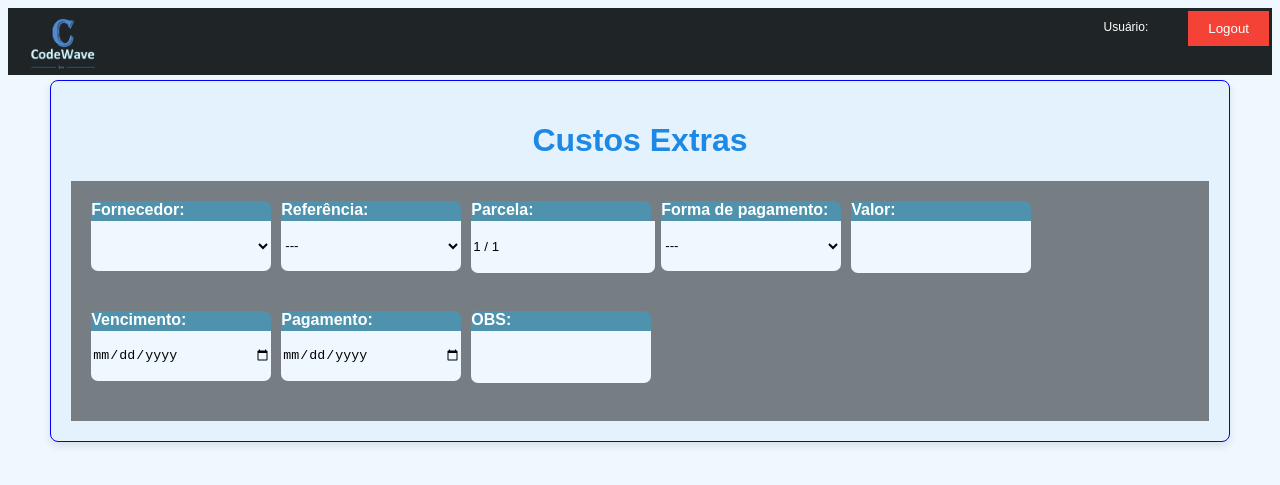
Repository: Romario-Brandao/CodeWave
Page: myproject/loja/templates/outras_despesas.html
These files come from the project's save history. The page is drawn as it stood at one moment and after a run of saves; the edit follows.
The browser window is 1280 px wide. The pictures show the whole page.
The template is drawn by Django 5.2. The application's start-up code is not run. Other server files are loaded and not shown. The template is opened directly, without the code that normally fills it, so the values that code supplies are empty.

Above is the page before, as saved 2025-03-01 01:21:01.

### myproject/loja/templates/outras_despesas.html
{% extends 'base.html' %} {% load static %} {% block body %}

<div class="form_fornecedor" style="width: 90%;">
  <h1>Custos Extras</h1>
  <div class="div_pai_custos_extras">
    <div style="display: flex;">
      <div class="caixas_barra_pesquisa_total">
        <h4 class="nome_caixa_item_parcelas">Fornecedor:</h4>
        <select name="fornecedor" class="caixa4">
          <option value=""></option>
          {% for item in fornecedores %}
          <option value="{{item.id}}">{{item.nome}}</option>
          {% endfor %}
        </select>
      </div>
      <div class="caixas_barra_pesquisa_total">
        <h4 class="nome_caixa_item_parcelas">Referência:</h4>
        <select name="forma_pg" class="caixa4" required>
          <option value="">---</option>
        <option value="AGUA">Água</option>
        <option value="CONTADOR">Contador</option>
        <option value="ENERGIA">Energia</option>
        <option value="INTERNET">Internet</option>
        <option value="SISTEMA ERP">Sistema ERP</option>
        <!-- <option value="ENERGIA"></option> -->
        </select>
      </div>
      <div class="caixas_barra_pesquisa_total">
        <h4 class="nome_caixa_item_parcelas">Parcela:</h4>
        <input type="text" name="parcela" class="caixa4" value="1 / 1">
      </div>
      <div class="caixas_barra_pesquisa_total">
        <h4 class="nome_caixa_item_parcelas">Forma de pagamento:</h4>
        <select name="forma_pg" class="caixa4" required>
          <option value="">---</option>
          <option value="BOLETO">Boleto</option>
          <option value="C.CREDITO">C.Crédito</option>
          <option value="C.DEBITO">C.Débito</option>
          <option value="DINHEIRO">Dinheiro</option>
          <option value="PIX / TRANSFERENCIA">PIX / Transferência</option>
        </select>
      </div>
      <div class="caixas_barra_pesquisa_total">
        <h4 class="nome_caixa_item_parcelas">Valor:</h4>
        <input class="caixa2_parcelas" required name="valor" type="text" value="{{ valor_parcela }}" oninput="this.value=this.value.replace(/[^0-9,]/g, '').replace(/(,.*?)(,.*)/, '$1').replace(/(\d+),(\d{2})(\d.*)/, '$1,$2')">
      </div>
  </div>
  <div style="display: flex;">
    <div class="caixas_barra_pesquisa_total">
      <h4 class="nome_caixa_item_parcelas">Vencimento:</h4>
      <input class="caixa2_parcelas widht_data" required name="vencimento" type="date">
    </div>
    <div class="caixas_barra_pesquisa_total">
      <h4 class="nome_caixa_item_parcelas">Pagamento:</h4>
      <input class="caixa2_parcelas widht_data" name="pagamento" type="date"
      name="vencimento">
    </div>
    <div class="caixas_barra_pesquisa_total">
      <h4 class="nome_caixa_item_parcelas">OBS:</h4>
      <input class="caixa2_parcelas" type="text" name="obs"
      name="obs">
    </div>

  </div>

</div>


{% endblock %}

### myproject/loja/templates/base.html
{% load static %}
<!DOCTYPE html>
<html lang="pt-br">
  <head>
    <meta charset="UTF-8" />
    <meta name="viewport" content="width=device-width, initial-scale=1.0" />
    <title>"NOME DA EMPRESA"</title>
    <link rel="stylesheet" type="text/css" href="{% static 'css/main.css' %}" />
    <link rel="preconnect" href="https://fonts.googleapis.com" />
    <link rel="preconnect" href="https://fonts.gstatic.com" crossorigin />

    <link
      href="https://fonts.googleapis.com/css2?family=Inter:wght@400;700&display=swap"
      rel="stylesheet"
    />
  </head>
  <body>
    <div class="espaco_logo">
      <a class="imagem_logo" href="{% url 'menu' %}">
        <img src="{% static 'imagens/logo.jpeg' %}" alt="Logo" width="70px" />

        <!-- <img src="static/imagens/logo.jpeg" alt="Logo" width="70px" /> -->
      </a>
      <p class="nome_do_usuario">Usuário: {{ nome_usuario }}</p>
      <form method="POST" action="{% url 'logout' %}">
        {% csrf_token %}
        <button class="btn-logout" type="submit">Logout</button>
      </form>
    </div>

    {% block body %} {% endblock %}
  </body>
  <script>
    function applyPhoneMask(input) {
        // Remove tudo que não é número
        let value = input.value.replace(/\D/g, '');

        // Aplica a máscara (00) 0 0000-0000
        value = value.replace(/^(\d{2})(\d)/, '($1) $2');    // Coloca os parênteses e espaço
        value = value.replace(/(\d{1})(\d{4})(\d{4})$/, '$1 $2-$3'); // Coloca o espaço e traço

        // Atualiza o valor do campo
        input.value = value;
    }
  </script>
  <script>
    let isSubmitting = false;

    function preventMultipleSubmissions(form) {
      if (isSubmitting) {
        alert("O formulário já está sendo enviado. Aguarde...");
        return false;
      }
      isSubmitting = true;
      return true;
    }
  </script>
</html>

### myproject/static/css/main.css
.body_caixa {
  background-color: #09428e;
  background-color: rgba(1, 5, 8, 0.871);
  width: 1450px;
  height: 100%;
  margin: 50px 0 0 60px;
}

.caixa,
.sub_valor,
.forma_pg_valor {
  background-color: rgb(255, 255, 255);
}

.nome_caixa_item,
.nome_caixa_pg,
.titulos_lista_produtos,
.sub,
.forma_pg {
  color: rgb(255, 255, 255);
  background-color: rgba(0, 183, 255, 0.336);
}

/*  */
.cabecalho {
  background-color: blue;
  color: white;
  /* Adicione esta linha se quiser que o texto dentro do cabeçalho fique branco */
  padding: 2px;
  /* Adicione algum preenchimento para melhorar a aparência */
  display: flex;
}

.ferramentas {
  height: 83px;
  width: 200px;
  margin: 0 0 0 400px;
}

/*  */

.barra_pesquisa {
  display: flex;
  padding: 0 0 0 -10px;
}

/*  */
/*  */

.item_ferramenta {
  margin: 10px 0 0 0;
  background-color: blue;
  border-radius: 3px;
  text-align: center;
  height: 50px;
  width: 100px;
  border-radius: 7px;
  border: 1px solid black;
  color: aliceblue;
}

/*  */

.caixa_item {
  margin: 0 0 0 20px;
}

.caixa_item_compra {
  margin: 0 0 0 40px;
}

.caixa_item1 {
  margin: 0 0 0 0;
}

.sub_pg {
  display: flex;
}

.nome_caixa_item {
  border-radius: 7px 7px 0 0;
  height: 20px;
  width: 250px;
  margin: 0;
}

.caixa1 {
  border: 0;
  width: 250px;
  height: 50px;
  border-radius: 0 0 7px 7px;
  background-color: aliceblue;
  margin-top: 0;
}



.caixa_data {
  border: 0;
  width: 249px;
  height: 50px;
  border-radius: 0 0 7px 7px;
  background-color: aliceblue;
  margin-top: 0;
}

.caixa2 {
  border: 0;
  width: 246px;
  height: 50px;
  border-radius: 0 0 7px 7px;
  background-color: aliceblue;
  margin-top: 0;
}

.tamanho_cod_produto {
  width: 126px;
  height: 49px;
  margin: 0 20px 0 0;
}

.tamanho_cod_produto2 {
  width: 130px;
  margin: 0 20px 0 0;
}

.tamanho_cod_produto3 {
  margin: 0 -70px 0 80px;
}

.caixas_barra_pesquisa {
  width: 200px;
  height: 100px;
  margin: 0 0 10px 75px;
  border: 0;
}

.caixas_barra_pesquisa2 {
  width: 200px;
  height: 100px;
  margin: 0 0 10px 40px;
  border: 0;
}

.caixas_barra_pesquisa_excuir {
  width: 215px;
  height: 100px;
  margin: 0 60px 0 10px;
  border: 0;
}

.espacamento_caixa_excluir_compra {
  margin-left: 430px;
}

.caixa_botoes {
  margin: 0 0 0 70px;
}

.botao_caixa {
  width: 70px;
  height: 50px;
  border: 1px solid blue;
  margin: 0 0 0 10px;
  background-color: rgb(25, 0, 255);
  border-radius: 7px;
  color: #ffffff;
}

/*  */

.tela_principal {
  display: flex;
}

/*  */

.caixa_item_2 {
  margin: 0 10px 20px 0;
}

.caixa_item_3 {
  margin: 0 0 20px 70px;
}

.excluir_item {
  margin: 20px 0 0 7px;
}

.excluir_item {
  margin: 20px 0 0 70px;
}

.titulos_lista_produtos {
  background-color: rgba(0, 17, 255, 0.596);
  /* text-align: justify; */
  text-align: center;
  height: 20px;
  width: 100%;
  margin: 0;
  border-radius: 5px 5px 0 0;
}

.resumo_caixa {
  border-radius: 7px;
  margin: 0 0 0 5px;
  width: 990px;
  height: 343px;
  background-color: rgb(255, 255, 255);
  overflow-y: auto;
}

.resumo_caixa2 {
  margin: 0 0 0 -780px;
}

.resumo_caixa3 {
  border-radius: 7px;
  margin: 0 0 0 5px;
  width: 830px;
  height: 343px;
  background-color: rgb(255, 255, 255);
  overflow-y: auto;
}

.div_excluir_servico {
  display: flex;
  margin: 0 0 0 600px;
}

.sub {
  width: 290px;
  margin: 21px 10px 0 620px;
  border-radius: 7px 7px 0 0;
}

.sub_valor {
  width: 290px;
  height: 49px;
  margin: 0 10px 0 620px;
  border-radius: 0 0 7px 7px;
}

.forma_pg {
  width: 290px;
  margin: 21px 10px 0 10px;
  border-radius: 7px 7px 0 0;
}

.forma_pg_valor {
  width: 290px;
  height: 49px;
  margin: 0 80px 0 10px;
  border-radius: 0 0 7px 7px;
}

.butao_excluir_servico {
  width: 120px;
  height: 50px;
  border-radius: 7px;
  background-color: #8e091b;
  border: 1px solid white;
}

.butao_excluir_servico:hover {
  background-color: #be0b0bd2;
  border: none;
  color: white;
  cursor: pointer;
}

.finalizar_compra {
  margin: 0 0 0 10px;
}

.butao_excluir_servico1 {
  margin: 0 0 0 20px;
}

.butao_servico {
  width: 120px;
  height: 50px;
  border-radius: 7px;
  background-color: #09428e;
  border: 1px solid white;
}

.butao_servico:hover {
  background-color: #0b59be;
  border: none;
  color: white;
  cursor: pointer;
}

.botao_cadastrar_produtos,
.botao_laterar_produtos {
  display: flex;
}

.botao_adicionar {
  margin: 20px 0 0 20px;
  height: 35px;
}

.titulo_cadastro {
  display: flex;
}

tbody th {
  font-weight: normal;
  /* Remove o negrito */
  font-family: Arial, sans-serif;
  /* Altere para a fonte desejada */
  font-size: 14px;
}

.cabec_rel_prod {
  /* font-weight: normal; */
  /* Remove o negrito */
  font-family: Arial, sans-serif;
  /* Altere para a fonte desejada */
  font-size: 13px;
}

.font_rel_est {
  font-weight: normal;
  /* Caso existam células <td>, remova o negrito também */
  font-family: Arial, sans-serif;
  /* Altere para a fonte desejada */
  font-size: 11px;
}

tbody td {
  font-weight: normal;
  /* Caso existam células <td>, remova o negrito também */
  font-family: Arial, sans-serif;
  /* Altere para a fonte desejada */
  font-size: 14px;
}

table {
  width: 100%;
  border-collapse: collapse;
}

th,
td {
  /* border: 1px solid black;
  padding: 8px; */
  text-align: left;
}

tr:nth-child(even) {
  background-color: #add8e6;
  /* Cor azul claro */
}

.bloco_filtro {
  margin: 0 50px 20px 10px;
  border-left: 1px solid rgb(248, 3, 3);
}

.itens_bloco_filtro {
  margin: 0 0 0 10px;
}

.bloco_cad_prod,
.bloco_alt_prod {
  border: 1px solid blue;
  height: 400px;
  width: 500px;
  padding: 20px;
  margin: 0 20px 0 0;
  border-radius: 7px;
}

.tabela {
  margin-bottom: 0;
}

body {
  font-family: Arial, sans-serif;
  background-color: #f0f8ff;
}

.form_fornecedor {
  width: 50%;
  margin: auto;
  border: 1px solid blue;
  background-color: #e3f2fd;
  border-radius: 8px;
  padding: 20px;
  box-shadow: 0px 4px 8px rgba(0, 0, 0, 0.1);
}

h1 {
  text-align: center;
  color: #1e88e5;
}

hr {
  border: 1px solid #1e88e5;
}

.table_fornecedor {
  width: 100%;
  margin-bottom: 20px;
  border-spacing: 10px;
  /* Espaço entre células */
}

td {
  padding: 10px;
}

.label_for {
  font-weight: bold;
  color: #1565c0;
}

.input_cad_cli_for {
  width: 500px;
  padding: 10px;
  border: 1px solid #64b5f6;
  border-radius: 4px;
  background-color: #ffffff;
  font-size: 14px;
}

.input_cad_cli_for_select {
  width: 523px;
}

textarea.input_cad_cli_for {
  resize: none;
}

.input_cad_cli_for:focus {
  border-color: #1e88e5;
  outline: none;
}

.btn_submit_for {
  background-color: #1e88e5;
  color: white;
  padding: 10px 20px;
  border: none;
  border-radius: 4px;
  cursor: pointer;
  display: block;
  margin: 20px auto;
}

.btn_submit_for:hover {
  background-color: #1565c0;
}

.quant_vend_ult_d {
  border: 0;
  font-weight: bold;
  font-size: 12px;
  background-color: None;
}

.finalizar_excluir_item_compra {
  margin: -30px 0 0 585px;
}

.espaco_logo {
  display: flex;
  background-color: rgba(1, 5, 8, 0.871);
  width: 100%;
  margin: 0 0 5px 0;
}

.imagem_logo {
  margin: 0 0 0 20px;
}

.nome_do_usuario {
  /* align-items: end; */
  color: #ffffff;
  margin-left: auto;
  padding: 0 40px 0 0;
  font-size: 12px;
}

.menu {
  border: 1px solid black;
  border-radius: 7px;
  align-items: baseline;
  height: 560px;
  width: 400px;
  margin: 60px 0 0 200px;
  padding: 20px 10px 0 20px;
  background-color: rgba(1, 5, 8, 0.871);

}

.menu2 {
  max-height: 480px;
  /* Define a altura máxima para a div menu2 */
  overflow-y: auto;
  /* Ativa a barra de rolagem vertical apenas para menu2 */
  scrollbar-width: none;
  /* Remove a barra visível no Firefox */
  -ms-overflow-style: none;
  /* Remove a barra no IE e Edge */
}

.menu2::-webkit-scrollbar {
  display: none;
  /* Remove a barra de rolagem nos navegadores WebKit */
}

.link_menu {
  text-decoration: none;
  color: #ffffff;
  display: inline-block;
  /* Permite que o background preencha o espaço */
  transition: background-color 0.2s;
  /* Suaviza a transição de cor */
  width: 100%;
  height: 30px;
  /* padding: 1px 0 0 2px; */
}

.link_menu:hover,
a:active,
a:focus {
  text-decoration: none;
  /* Mantém o sublinhado removido mesmo ao passar o mouse ou focar */
  color: inherit;
  /* Mantém a cor ao passar o mouse ou focar */
}

.link_menu:hover {
  background-color: #ffffff;
  /* Define a cor de fundo ao passar o mouse */
  border-radius: 5px;
}

.resumo_contas_pag_rec {
  border-right: 1px solid red;
  margin: 0 10px 0 0;
  padding: 0 10px 0 0;
}

.btn-logout {
  background-color: #f44336;
  color: white;
  border: none;
  padding: 10px 20px;
  cursor: pointer;
  margin: 3px 3px 0 0;
}

.btn-logout:hover {
  background-color: #d32f2f;
}

.body {
  text-align: center;
  /* background: linear-gradient(to bottom, rgb(0, 217, 255) 50%, rgb(17, 0, 255) 100%); */
  background: linear-gradient(to bottom, #011b4d 40%, #f70202 190%);
  /* background: linear-gradient(to bottom, #001845 50%, #000 100%); */
  overflow: hidden;
  height: 100vh;
  margin: 0;
  position: relative;
}

.login {
  border: solid 3px rgb(248, 61, 4);
  margin: 60px 0 200px 200px;
  padding: 50px;
  border-radius: 20px;
  width: 300px;
  text-align: left;
  color: white;
}

.login h1 {
  color: rgb(3, 248, 3);
  /* Define a cor verde clara para o título "Login" */
}

.login,
.input_login,
.hr_login {
  margin-bottom: 20px;
  /* Adiciona espaçamento abaixo do <hr> */
}

.titulo {
  text-align: center;
}

.label_login {
  display: block;
  /* Garante que o rótulo ocupe uma linha inteira */
  margin-top: 10px;
  /* Adiciona espaço acima dos rótulos */
}

.caixa_login {
  width: calc(100% - 22px);
  /* Adapta a largura ao container com 10px de padding e 1px de borda de cada lado */
  padding: 10px;
  border: 1px solid #ccc;
  /* Cor e espessura da borda */
  border-radius: 5px;
  /* Cantos arredondados */
  box-sizing: border-box;
  /* Inclui padding e borda na largura total */
}

.botao_login {
  background-color: rgb(0, 0, 255);
  /* Cor de fundo do botão */
  border: none;
  /* Remove a borda padrão */
  color: black;
  /* Cor do texto */
  padding: 10px 20px;
  /* Espaçamento interno */
  text-align: center;
  /* Centraliza o texto */
  text-decoration: none;
  /* Remove sublinhado */
  display: inline-block;
  /* Permite a definição de padding e margin */
  font-size: 16px;
  /* Tamanho da fonte */
  margin-top: 10px;
  /* Espaçamento superior */
  border-radius: 5px;
  /* Cantos arredondados */
  cursor: pointer;
  /* Cursor de mãozinha ao passar o mouse */
  transition: background-color 0.3s ease;
  /* Transição suave para mudança de cor */
}

.botao_login:hover {
  background-color: DarkBlue;
  /* Cor de fundo ao passar o mouse */
  color: #ccc;
}

.input_login {
  margin: 20px 0 20px 0;
  border: 1px solid #001845;
  border-radius: 7px;
  height: 30px;
  width: 100%;
}

.caixa_div_produto {
  margin: 30px 0 20px 0;
  display: flex;
}

.produto_cadastro {
  margin: 0 0 0 60px;
}

.label_uni_med {
  margin: 0 0 0 47px;
}

.tr_cad_produtos {
  width: 25%;
}

.bloco_filtro_dashboard {
  margin: 10px 0 0 15px;
}

.filtro_dashboard_anos {
  display: flex;
}

.caixas_barra_pesquisa3 {
  width: 300px;
}

.caixa3,
.nome_caixa_item3 {
  width: 355px;
}

.butao_servico {
  margin: 0 0 0 -5px;
}

.caixas_barra_pesquisa_total {
  width: 120px;
  height: 100px;
  margin: 0 50px 10px 20px;
  border: 0;
  gap: 30px;
}

.nome_caixa_item_parcelas {
  color: rgb(255, 255, 255);
  background-color: rgba(0, 183, 255, 0.336);
  border-radius: 7px 7px 0 0;
  height: 20px;
  width: 180px;
  margin: 0;
}

.caixa2_parcelas {
  border: 0;
  width: 146.5%;
  height: 50px;
  border-radius: 0 0 7px 7px;
  background-color: aliceblue;
  margin-top: 0;
}

.button_fechamento {
  height: 70%;
  width: 120%;
  background-color: rgba(0, 128, 0, 0.281);
  border-radius: 7px;
  border: 1px solid white;
}

.button_fechamento:hover {
  background-color: rgba(0, 128, 0, 0.788);
  border: none;
  color: white;
  cursor: pointer;
}

.caixa4 {
  border: 0;
  width: 180px;
  height: 50px;
  border-radius: 0 0 7px 7px;
  background-color: aliceblue;
  margin-top: 0;
}

.td_contas {
  padding: 0;
  margin: 0;
  text-align: right;
}


.nome_caixa_item2 {
  width: 120px;
}

.input_caixa_item2 {
  width: 116px;
}

.table-container {
  max-height: 300px;
  /* Altura máxima da tabela */
  overflow-y: auto;
  /* Habilita rolagem vertical */
}

.table-fixa th {
  position: sticky;
  /* Torna os cabeçalhos fixos */
  top: 0;
  /* Fixa no topo durante a rolagem */
  background-color: #f9f9f9;
  /* Cor de fundo do cabeçalho */
  z-index: 2;
  /* Garante que o cabeçalho fique acima das células */
}

.widht_data {
  width: 179px;
}

.hr_parcela {
  width: 50%;
  margin-left: 20px;
  height: 0.10px;
  background-color: yellow;
  border: none;
}


.menu_relatorio {
  display: none;
  position: absolute;
  /* Permite que o menu seja posicionado sobre outros elementos */
  background-color: rgba(1, 5, 8, 0.871);
  width: 300%;
  padding: 10px;
  z-index: 10;
  /* Garante que o menu esteja acima de outros elementos */
}

.barra_menu_relatorio {
  position: relative;
  /* Necessário para que o menu seja posicionado relativo a este elemento */
  width: 100%;
}

.barra_menu_relatorio:hover .menu_relatorio {
  display: block;
  left: 100px;
  /* margin: 0 0 0 50%; */
}



.form_fornecedor_relatorio {
  width: 95%;
}

.checkbox-container {
  width: 100px;
  display: grid;
  grid-template-columns: repeat(3, 1fr);
  /* Três colunas */
  gap: 10px;
  /* Espaçamento entre os itens */
  align-items: center;
  /* Alinha verticalmente os elementos */
}


.checkbox_folha {
  display: flex;
  justify-content: space-between;
}

.input_folha {
  width: 80px;
  border-radius: 3px;
}

#listaProdutos,
#listaServicos {
  position: absolute;
  display: none;
  width: 400px;
  height: 220px;
  overflow-y: auto;
  border: 2px solid #00000065;
  border-radius: 10px;
  padding: 5px;
  margin-top: 5px;
  background-color: white;
  color: #333;
  outline: none;
  z-index: 10;
}

#listaProdutos option:hover,
#listaServicos option:hover {
  background-color: #5490cf8c;
  color: rgb(48, 45, 45);
}

.div_pai_custos_extras {
  padding-top: 20px;
  /* display: flex; */
  /* columns: 6; */
  background-color: rgba(0, 0, 0, 0.482);


}

After the next 2 saves:
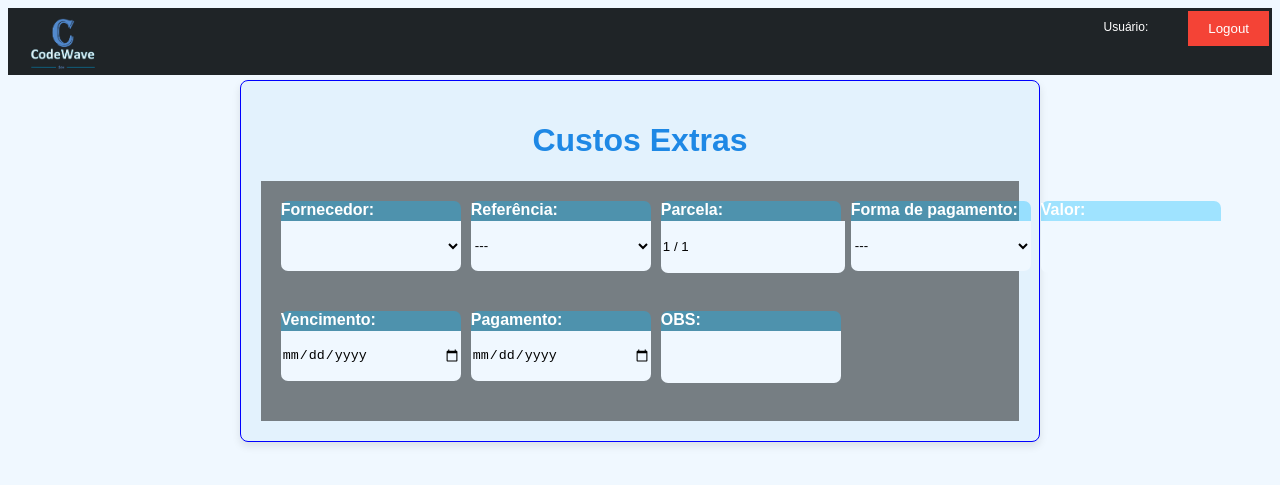
The 2 saves are shown as one change because they came seconds apart.
The last was saved 57 s later.
--- a/myproject/loja/templates/outras_despesas.html
+++ b/myproject/loja/templates/outras_despesas.html
@@ -1,6 +1,6 @@
 {% extends 'base.html' %} {% load static %} {% block body %}
 
-<div class="form_fornecedor" style="width: 90%;">
+<div class="form_fornecedor" style="width: 60%;">
   <h1>Custos Extras</h1>
   <div class="div_pai_custos_extras">
     <div style="display: flex;">
